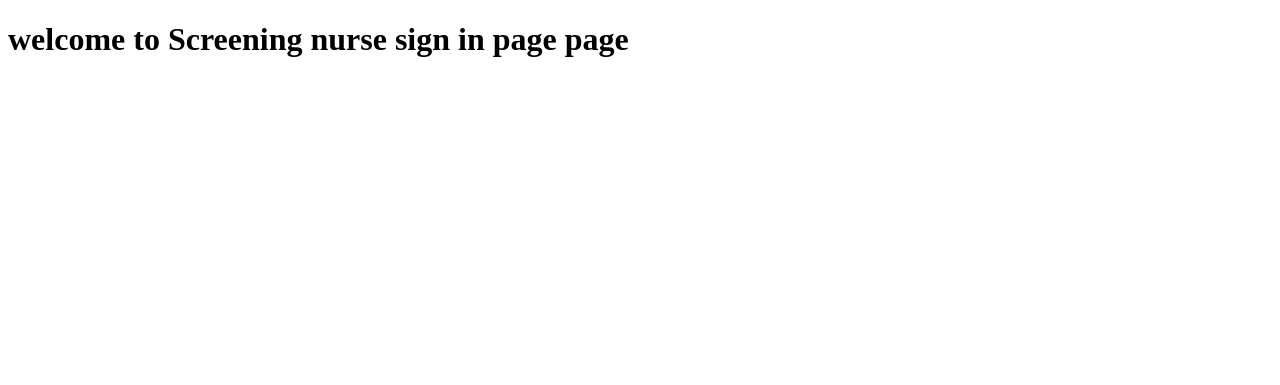
Repository: OmarAl-Saleh/Hospital-Emergency-System
Page: http://localhost/EmergencySystem/screening_nurse/sign-in.jsp
An editor plug-in stored every save of this project. The page is shown before and after the next save, followed by the edit.
The browser window is 1280 px wide. The pictures show the whole page.
The page is served by Tomcat 9.

Above is the page before, as saved 2024-05-22 13:09:08.

After the next save:
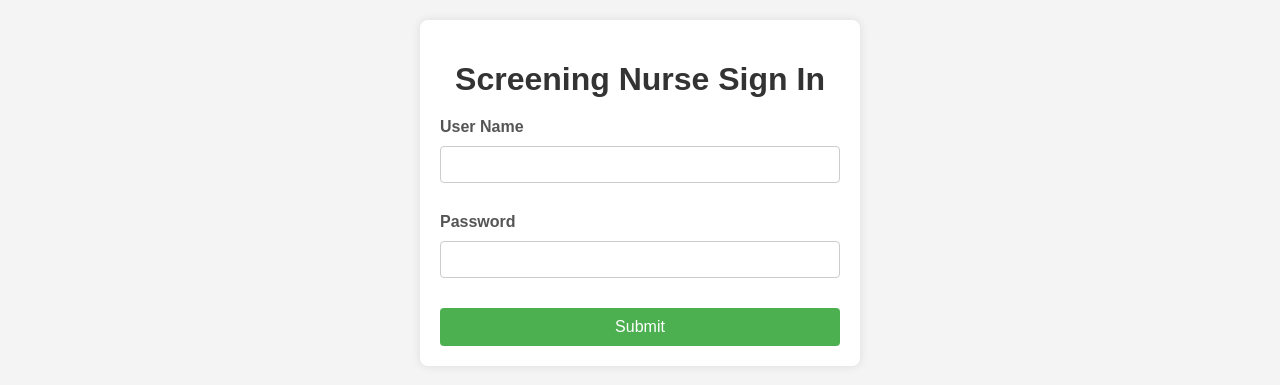
Saved 55 s later.
--- a/EmergencySystem/EmergencySystem/src/main/webapp/screening_nurse/sign-in.jsp
+++ b/EmergencySystem/EmergencySystem/src/main/webapp/screening_nurse/sign-in.jsp
@@ -1,12 +1,81 @@
-<%@ page language="java" contentType="text/html; charset=ISO-8859-1"
-    pageEncoding="ISO-8859-1"%>
+<%@ page language="java" contentType="text/html; charset=ISO-8859-1" pageEncoding="ISO-8859-1"%>
 <!DOCTYPE html>
 <html>
 <head>
 <meta charset="ISO-8859-1">
-<title>Insert title here</title>
+<title>Officer Sign In Page</title>
+<style>
+    body {
+        font-family: Arial, sans-serif;
+        background-color: #f4f4f4;
+        margin: 0;
+        padding: 20px;
+    }
+
+    form {
+        background-color: white;
+        padding: 20px;
+        border-radius: 8px;
+        box-shadow: 0 0 10px rgba(0, 0, 0, 0.1);
+        max-width: 400px;
+        margin: auto;
+    }
+
+    h1 {
+        text-align: center;
+        color: #333;
+        margin-bottom: 20px;
+    }
+
+    label {
+        display: block;
+        margin-bottom: 10px;
+        font-weight: bold;
+        color: #555;
+    }
+
+    input[type="text"], input[type="password"], input[type="email"], input[type="tel"] {
+        width: 100%;
+        padding: 10px;
+        margin-bottom: 15px;
+        border: 1px solid #ccc;
+        border-radius: 4px;
+        box-sizing: border-box;
+    }
+
+    input[type="submit"] {
+        background-color: #4CAF50;
+        color: white;
+        border: none;
+        padding: 10px 20px;
+        cursor: pointer;
+        border-radius: 4px;
+        width: 100%;
+        font-size: 16px;
+    }
+
+    input[type="submit"]:hover {
+        background-color: #45a049;
+    }
+
+    .form-group {
+        margin-bottom: 15px;
+    }
+</style>
 </head>
 <body>
-<h1>welcome to Screening nurse sign in page page</h1>
+<form action="screening_nurse" method="get">
+    <h1>Screening Nurse Sign In</h1>
+    <input type="hidden" name="source" value="sign-in"/>
+    <div class="form-group">
+        <label for="name">User Name</label>
+        <input type="text" id="name" name="name" required/>
+    </div>
+    <div class="form-group">
+        <label for="password">Password</label>
+        <input type="password" id="password" name="password" required/>
+    </div>
+    <input type="submit" value="Submit"/>
+</form>
 </body>
 </html>
